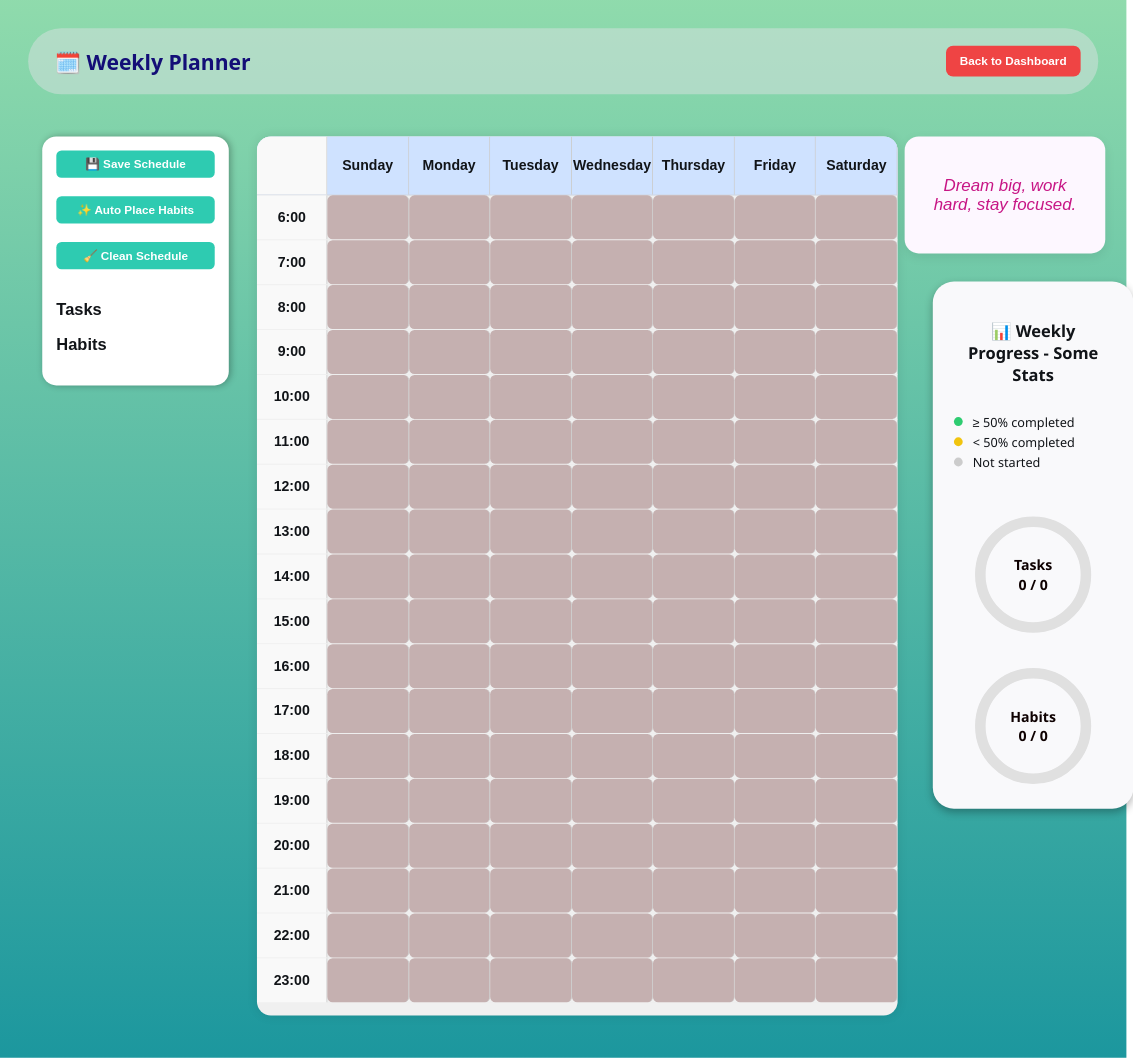
Repository: RachelB9913/smart-task-and-habit-tracker
Page: /schedule
These files come from the project's save history. The page is drawn as it stood at one moment and after the next save; the edit follows.
The browser window is 1280 px wide. The page is 1288 px wide, then 1280 px, so the pictures cover 1288 px, including what lies to the right of the window. The pictures show the whole page, at 88% of full size.
The project was rebuilt for these pictures with package versions that can differ from the ones it lists, and the page was loaded fresh each time. Also part of the build but not shown: src/components/PageWrapper.js, src/components/welcome.js, src/services/api.js, src/components/Login.js, src/components/Register.js, src/components/DashBoard.js.

Above is the page before, as saved 2025-06-29 21:20:56.

After the next save:
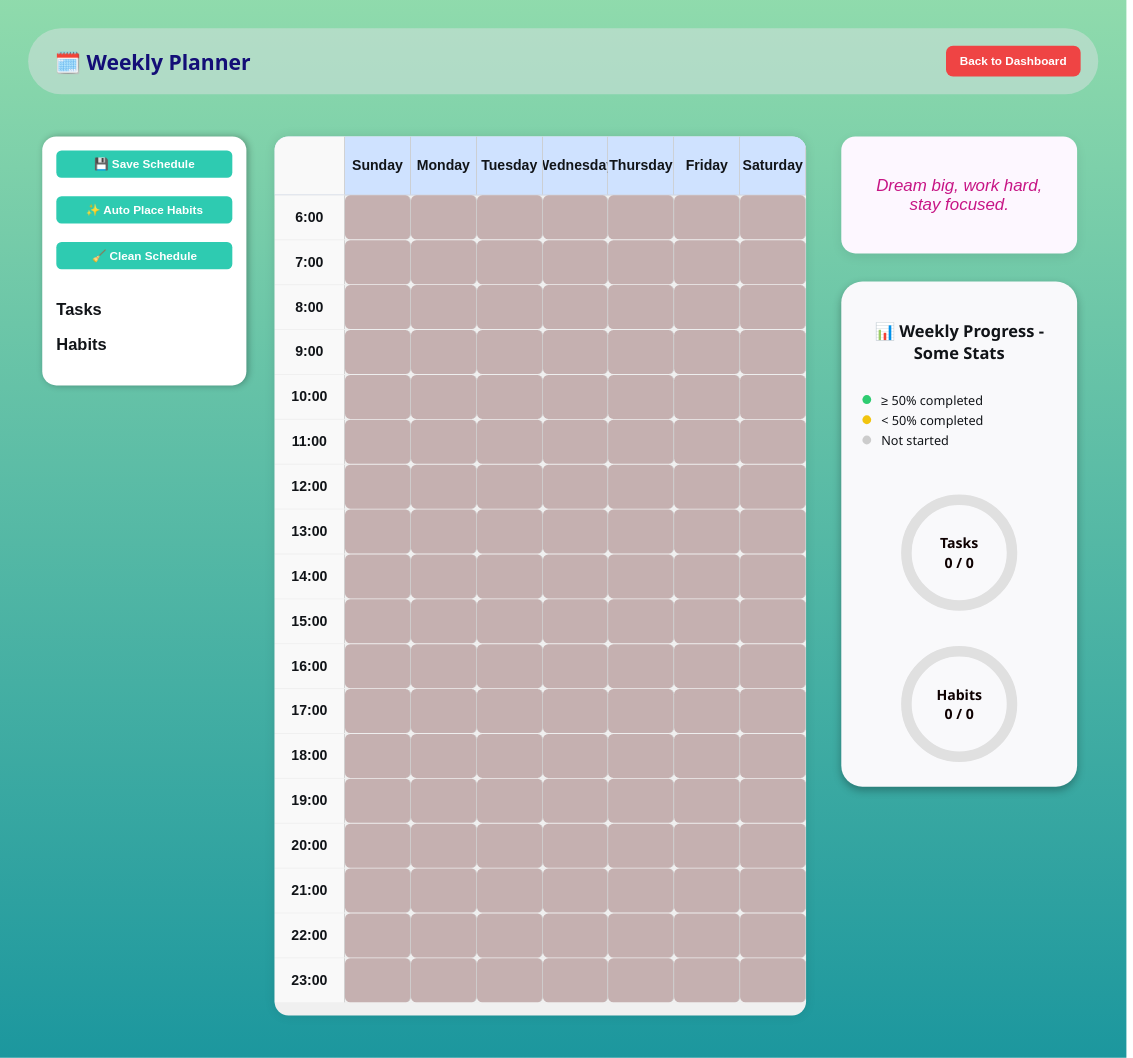
Saved 8 s later.
--- a/src/components/SchedulePlanner.css
+++ b/src/components/SchedulePlanner.css
@@ -4,7 +4,6 @@
   gap: 1.5rem;
   align-items: center;
   padding: 1rem;
-  max-width: 180px;
 }
 
 .quote-panel {
@@ -36,14 +35,14 @@
 .planner-container {
   display: flex;
   align-items: stretch;
-  height: 100%;
+  height: auto;
   min-height: calc(var(--row-count) * var(--cell-height));
   font-family: 'Manrope', sans-serif;
 }
 
 .task-sidebar {
   flex-shrink: 0;
-  width: 180px;
+  width: 200px;
   background: white;
   padding: 1rem;
   box-shadow: 2px 0 8px rgba(0,0,0,0.3);
